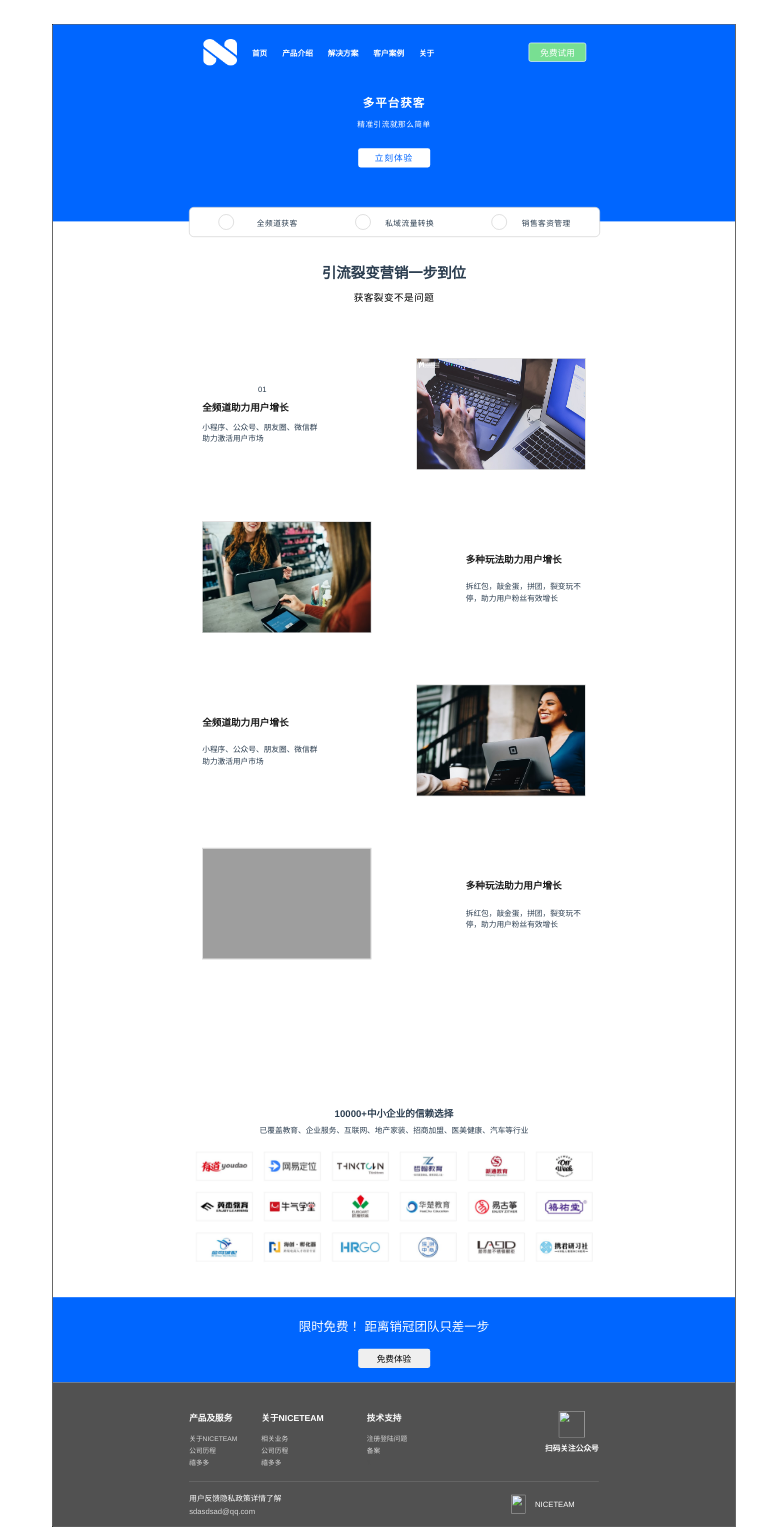
Repository: Alex-2020-0211/xrkj-guanwang
Page: /#/productintroduction (app in src/)
An editor plug-in stored every save of this project. The page is shown before and after the next save, followed by the edit.
The browser window is 1280 px wide. The page is 1300 px wide, so the pictures cover 1300 px, including what lies to the right of the window. The pictures show the whole page, at 60% of full size.
Pictures or frames that could not be fetched are drawn as grey boxes. The project was rebuilt for these pictures with package versions that can differ from the ones it lists, and the page was loaded fresh each time. Also part of the build but not shown: src/src/components/Header.vue, src/src/views/Home.vue.

Above is the page before, as saved 2021-01-07 18:22:03.

### src/public/index.html
<!DOCTYPE html>
<html lang="en">
  <head>
    <meta charset="utf-8">
    <meta http-equiv="X-UA-Compatible" content="IE=edge">
    <meta name="viewport" content="width=device-width,initial-scale=1.0">
    <link rel="icon" href="<%= BASE_URL %>favicon.ico">
    <title><%= htmlWebpackPlugin.options.title %></title>
  </head>
  <body>
    <noscript>
      <strong>We're sorry but <%= htmlWebpackPlugin.options.title %> doesn't work properly without JavaScript enabled. Please enable it to continue.</strong>
    </noscript>
    <div id="app"></div>
    <!-- built files will be auto injected -->
  </body>
  <script>
    (function(){
      var html = document.documentElement;
      function onWindowResize(){
        html.style.fontSize = html.getBoundingClientRect().width / 16 + 'px';
      }
      window.addEventListener('resize',onWindowResize);
      onWindowResize();
    })();
  </script>
</html>

### src/src/main.js
import Vue from 'vue'
import { Image, Carousel, CarouselItem, Popover, Button } from 'element-ui'
import App from './App.vue'
import router from './router'
import store from './store'

import "../src/assets/css/reset.css"

Vue.use( Image )
Vue.use( Carousel )
Vue.use( CarouselItem )
Vue.use( Popover )
Vue.use( Button )

Vue.config.productionTip = false

new Vue({
  router,
  store,
  render: h => h(App)
}).$mount('#app')

### src/src/App.vue
<template>
  <div id="app" v-cloak>
    <router-view />
  </div>
</template>

<style lang="scss">
[v-cloak] {
  display: none !important;
}
html {
  width: 100%;
  height: 100%;
}
body {
  width: 100%;
  height: 100%;
}
#app {
  font-family: Avenir, Helvetica, Arial, sans-serif;
  -webkit-font-smoothing: antialiased;
  -moz-osx-font-smoothing: grayscale;
  text-align: center;
  color: #2c3e50;
  width: 100%;
  height: 100%;
}
</style>

### src/src/router/index.js
import Vue from 'vue'
import VueRouter from 'vue-router'
import Home from '../views/Home.vue'

Vue.use(VueRouter)

const routes = [{
    path: '/',
    name: 'Home',
    component: Home
  },
  {
    path: '/productintroduction',
    name: 'ProductIntroduction',
    component: () => import( /* webpackChunkName: "about" */ '../views/ProductIntroduction.vue')
  },
  {
    path: '/solutions',
    name: 'Solutions',
    component: () => import( /* webpackChunkName: "about" */ '../views/solutions/Solutions.vue'),
  },
  {
    path: '/getcustomer', //以“/”开头的嵌套路径会被当作根路径，所以子路由上不用加“/”;在生成路由时，主路由上的path会被自动添加到子路由之前，所以子路由上的path不用在重新声明主路由上的path了。
    name: 'GetCustomer',
    component: () => import( /* webpackChunkName: "about" */ '../views/solutions/GetCustomer.vue')
  },
  // {
  //   path: '/connect',
  //   name: 'Connect',
  //   component: () => import( /* webpackChunkName: "about" */ '../views/solutions/Connect.vue')
  // },
  {
    path: '/transform',
    name: 'Transform',
    component: () => import( /* webpackChunkName: "about" */ '../views/solutions/Transform.vue')
  },
  {
    path: '/manage',
    name: 'Manage',
    component: () => import( /* webpackChunkName: "about" */ '../views/solutions/Manage.vue')
  },
  {
    path: '/customercase',
    name: 'CustomerCase',
    component: () => import( /* webpackChunkName: "about" */ '../views/CustomerCase.vue')
  },
  {
    path: '/aboutus',
    name: 'AboutUs',
    component: () => import( /* webpackChunkName: "about" */ '../views/AboutUs.vue')
  },
  {
    path: '*',
    name: 'NotFound',
    component: () => import( /* webpackChunkName: "about" */ '../views/NotFound.vue')
  },
]

const router = new VueRouter({
  routes
})

export default router

### src/src/assets/css/reset.css
html {
    overflow-x: auto;
    overflow-y: scroll;
}

body,
dl,
dt,
dd,
ul,
ol,
li,
pre,
form,
fieldset,
input,
p,
blockquote,
th,
td {
    font-weight: 400;
    margin: 0;
    padding: 0;
}

h1,
h2,
h3,
h4,
h4,
h5 {
    margin: 0;
    padding: 0;
}

body {
    background-color: #FFFFFF;
    color: #666666;
    font-family: Helvetica, Arial, sans-serif;
    font-size: 12px;
    padding: 0 10px;
    text-align: left;
}

select {
    font-size: 12px;
}

table {
    border-collapse: collapse;
}

fieldset,
img {
    border: 0 none;
}

fieldset {
    margin: 0;
    padding: 0;
}

fieldset p {
    margin: 0;
    padding: 0 0 0 8px;
}

legend {
    display: none;
}

address,
caption,
em,
strong,
th,
i {
    font-style: normal;
    font-weight: 400;
}

table caption {
    margin-left: -1px;
}

hr {
    border-bottom: 1px solid #FFFFFF;
    border-top: 1px solid #E4E4E4;
    border-width: 1px 0;
    clear: both;
    height: 2px;
    margin: 5px 0;
    overflow: hidden;
}

ol,
ul {
    list-style-image: none;
    list-style-position: outside;
    list-style-type: none;
}

caption,
th {
    text-align: left;
}

q:before,
q:after,
blockquote:before,
blockquote:after {
    content: ””;
}

### src/src/views/ProductIntroduction.vue
<template>
  <div class="productintroduction">
    <div class="border">
      <!-- 头部 -->
      <div class="header">
        <div class="headerTop">
          <p class="bar">
            <img class="logo" src="../assets/img/logo.png" alt />
            <a href="http://localhost:8080/#/">首页</a>
            <a href="http://localhost:8080/#/productintroduction">产品介绍</a>
            <a href="http://localhost:8080/#/solutions">解决方案</a>
            <a href="http://localhost:8080/#/customercase">客户案例</a>
            <a href="http://localhost:8080/#/aboutus">关于</a>
          </p>
          <button class="mianfei">免费试用</button>
        </div>
        <div class="headerMain">
          <div class="theme">
            <dl>
              <dt>多平台获客</dt>
              <dd>精准引流就那么简单</dd>
            </dl>
            <button class="knowMore" @click="goAbout()">立刻体验</button>
          </div>
        </div>
      </div>
      <!-- 导航 -->
      <div class="nav">
        <div class="nav-item">
          <p class="nav-circle"></p>
          <span>全频道获客</span>
        </div>
        <div class="nav-item">
          <p class="nav-circle"></p>
          <span>私域流量转换</span>
        </div>
        <div class="nav-item">
          <p class="nav-circle"></p>
          <span>销售客资管理</span>
        </div>
      </div>
      <!-- OneStop -->
      <div class="oneStop">
        <div class="top">
          <h5>引流裂变营销一步到位</h5>
          <p class="question">
            获客裂变不是问题
          </p>
          <div class="case">
            <dl>
              <span class="sort">01</span>
              <dt>全频道助力用户增长</dt>
              <dd>小程序、公众号、朋友圈、微信群助力激活用户市场</dd>
            </dl>
            <img src="../assets/img/huoke-1.png" />
          </div>
          <div class="case">
            <img src="../assets/img/huoke-2.png" />
            <dl>
              <dt>多种玩法助力用户增长</dt>
              <dd>拆红包，敲金蛋，拼团，裂变玩不停，助力用户粉丝有效增长</dd>
            </dl>
          </div>
          <div class="case">
            <dl>
              <dt>全频道助力用户增长</dt>
              <dd>小程序、公众号、朋友圈、微信群助力激活用户市场</dd>
            </dl>
            <img src="../assets/img/huoke-3.png" />
          </div>
          <div class="case">
            <img src="../assets/img/huoke-4.png" />
            <dl>
              <dt>多种玩法助力用户增长</dt>
              <dd>拆红包，敲金蛋，拼团，裂变玩不停，助力用户粉丝有效增长</dd>
            </dl>
          </div>
        </div>
        <div class="bottom">
          <div class="comer">
            <dl>
              <dt>10000+中小企业的信赖选择</dt>
              <dd>
                已覆盖教育、企业服务、互联网、地产家装、招商加盟、医美健康、汽车等行业
              </dd>
            </dl>
            <img src="../assets/img/comer.png" alt="" />
          </div>
        </div>
      </div>
      <!-- 底部 -->
      <Footer :footerData="footerData" />
    </div>
  </div>
</template>

<script>
// import Header from "../components/Header";
import Footer from "../components/Footer";

export default {
  name: "ProductIntroduction",
  components: {
    // Header,
    Footer,
  },
  data() {
    return {
      url: require("../assets/img/fuli.png"),
      headerData: {
        free: "免费试用",
        title: "管理也能玩出味 ?",
        content: "",
        detail:
          "NICETEAM : 让管理不再沉闷，工作玩味不停，全国上千家中小企业的销售福星",
        immediately: "立即咨询",
        path: "1",
      },
      footerData: {
        title: "限时免费！ 距离销冠团队只差一步",
      },
    };
  },
  methods: {
    goAbout() {
      this.$router.replace("/aboutus");
    },
  },
};
</script>

<style lang="scss" scoped>
.productintroduction {
  font-size: 0.16rem;
  .border {
    width: 88.88%;
    margin-top: 0.5rem;
    margin-left: 6%;
    border: 0.01rem solid #000;
    // 头部
    .header {
      width: 100%;
      height: 4.1rem;
      color: #fff;
      background-color: #06f;
      .headerTop {
        width: 60%;
        margin-left: 21%;
        padding-top: 0.3rem;
        display: flex;
        justify-content: space-between;
        align-items: center;
        .logo {
          width: 0.7rem;
          height: 0.55rem;
        }
        .bar {
          width: 60%;
          font-weight: bold;
          display: flex;
          justify-content: space-around;
          align-items: center;
          a {
            text-decoration: none;
          }
          a:link {
            color: #fff;
          }
          a:visited {
            color: #fff;
          }
        }
        .mianfei {
          width: 1.2rem;
          height: 0.4rem;
          font-size: 0.18rem;
          color: #fff;
          border: 0.01rem solid #fff;
          border-radius: 0.05rem;
          background-color: #78df92;
          margin-right: 0.4rem;
          outline: none;
        }
        .mianfei:active {
          border: 0.01rem solid #06f;
        }
      }
      .headerMain {
        width: 60%;
        height: 2.7rem;
        margin-left: 20%;
        display: flex;
        justify-content: space-around;
        align-items: center;
        dl {
          dt {
            font-size: 0.24rem;
            font-weight: bold;
            text-align: center;
            margin-bottom: 0.15rem;
            letter-spacing: 0.02rem;
          }
          dd {
            font-size: 0.16rem;
            letter-spacing: 0.01rem;
            text-align: left;
            margin-bottom: 0.4rem;
          }
        }
        .knowMore {
          width: 1.5rem;
          height: 0.4rem;
          color: #06f;
          font-size: 0.18rem;
          letter-spacing: 0.02rem;
          background-color: #fff;
          border: 0;
          border-radius: 0.05rem;
        }
      }
    }
    // 导航
    .nav{
      width: 60%;
      margin-left: 20%;
      margin-top: -0.3rem;
      height: 0.6rem;
      display: flex;
      justify-content: space-between;
      align-items: center;
      background-color: #fff;
      border: 0.01rem solid #ccc;
      border-radius: 0.1rem;
      .nav-item{
        width: 20%;
        margin-left: 7%;
        margin-right: 7%;
        display: flex;
        justify-content: space-between;
        align-items: center;
        .nav-circle{
          width: 0.3rem;
          height: 0.3rem;
          border: 0.02rem solid #ccc;
          border-radius: 50%;
        }
        span{
          letter-spacing: 0.01rem;
        }
      }
    }
    // OneStop
    .oneStop {
      .top {
        h5 {
          font-size: 0.3rem;
          display: block;
          padding-top: 0.5rem;
          padding-bottom: 0.15rem;
        }
        .question {
          width: 40%;
          margin-left: 30%;
          color: #000;
          font-size: 0.2rem;
          margin-bottom: 0.6rem;
          letter-spacing: 0.01rem;
        }
        .case {
          width: 70%;
          margin-left: 15%;
          height: 3.4rem;
          display: flex;
          justify-content: space-around;
          align-items: center;
          .sort{

          }
          img {
            width: 3.5rem;
            height: 2.3rem;
            border: 1px solid #ccc;
          }
          dl {
            height: 40%;
            display: flex;
            flex-direction: column;
            justify-content: space-around;
            dt {
              text-align: left;
              font-size: 0.2rem;
              font-weight: bold;
              color: #1b1b1b;
            }
            dd {
              width: 2.5rem;
              text-align: left;
            }
          }
        }
      }
      .bottom {
        margin-top: 2.5rem;
        margin-bottom: 0.5rem;
        .comer {
          margin-top: 0.15rem;
          dl {
            margin-bottom: 0.2rem;
            dt {
              font-size: 0.2rem;
              font-weight: bold;
              margin-bottom: 0.1rem;
            }
          }
          img {
            width: 8.6rem;
          }
        }
      }
    }
  }
}
</style>

### src/src/components/Footer.vue
<template>
  <div class="footer">
    <div class="footerTop">
      <h5>{{ footerData.title }}</h5>
      <button>免费体验</button>
    </div>
    <div class="footerBottom">
      <div class="detail">
        <div class="left">
          <dl>
            <dt>产品及服务</dt>
            <dd>关于NICETEAM</dd>
            <dd>公司历程</dd>
            <dd>禧多多</dd>
          </dl>
          <dl>
            <dt>关于NICETEAM</dt>
            <dd>相关业务</dd>
            <dd>公司历程</dd>
            <dd>禧多多</dd>
          </dl>
          <dl class="jishu">
            <dt>技术支持</dt>
            <dd>注册登陆问题</dd>
            <dd style="margin-bottom: 0.09rem;">备案</dd>
            <dd style="color: #515151">1</dd>
          </dl>
        </div>
        <div class="right">
          <img src="" alt="" />
          <p>扫码关注公众号</p>
        </div>
      </div>
      <p class="line"></p>
      <div class="bottom">
        <dl>
          <dt>
            <span>用户反馈</span><span>隐私政策</span><span>详情了解</span>
          </dt>
          <dd>sdasdsad@qq.com</dd>
        </dl>
        <p><img src="" alt="" /><span>NICETEAM</span></p>
      </div>
    </div>
  </div>
</template>

<script>
export default {
  name: "Footer",
  props: {
    footerData: {
      type: Object,
    },
  },
  data() {
    return {};
  },
  methods: {},
};
</script>

<style scoped lang="scss">
// 底部
.footer {
  height: 4.78rem;
  .footerTop {
    height: 1.78rem;
    background-color: #06f;
    h5 {
      font-size: 0.26rem;
      font-weight: normal;
      color: #fff;
      padding-top: 0.4rem;
      padding-bottom: 0.3rem;
    }
    button {
      // display: flex;
      width: 1.5rem;
      height: 0.4rem;
      line-height: 0.4rem;
      font-size: 0.18rem;
      border: 0;
      border-radius: 0.05rem;
    }
  }
  .footerBottom {
    height: 3rem;
    background-color: #515151;
    color: #fff;
    .detail {
      width: 60%;
      margin-left: 20%;
      padding-top: 0.6rem;
      display: flex;
      justify-content: space-between;
      .left {
        dl {
          display: inline-block;
          margin-right: 0.5rem;
          dt {
            font-weight: bold;
            font-size: 0.18rem;
            text-align: left;
            margin-bottom: 0.2rem;
          }
          dd {
            text-align: left;
            font-size: 0.14rem;
            margin-bottom: 0.05rem;
            color: #d7d7d7;
          }
        }
        .jishu {
          margin-left: 0.4rem;
        }
      }
      .right {
        img {
          width: 0.55rem;
          height: 0.55rem;
        }
        p {
          font-weight: bold;
          margin-top: 0.05rem;
        }
      }
    }
    .line {
      width: 60%;
      margin-left: 20%;
      border-bottom: 0.02rem solid #727272;
      margin-top: 0.25rem;
      margin-bottom: 0.2rem;
    }
    .bottom {
      width: 60%;
      margin-left: 20%;
      display: flex;
      justify-content: space-between;
      dl {
        dt {
          margin-bottom: 0.08rem;
        }
        dd {
          text-align: left;
          color: #d7d7d7;
        }
      }
      p {
        margin-right: 0.5rem;
        display: flex;
        align-items: center;
        img {
          width: 0.3rem;
          height: 0.4rem;
          margin-right: 0.2rem;
        }
      }
    }
  }
}
</style>

Loaded but not shown: src/src/store/index.js (common file)

After the next save:
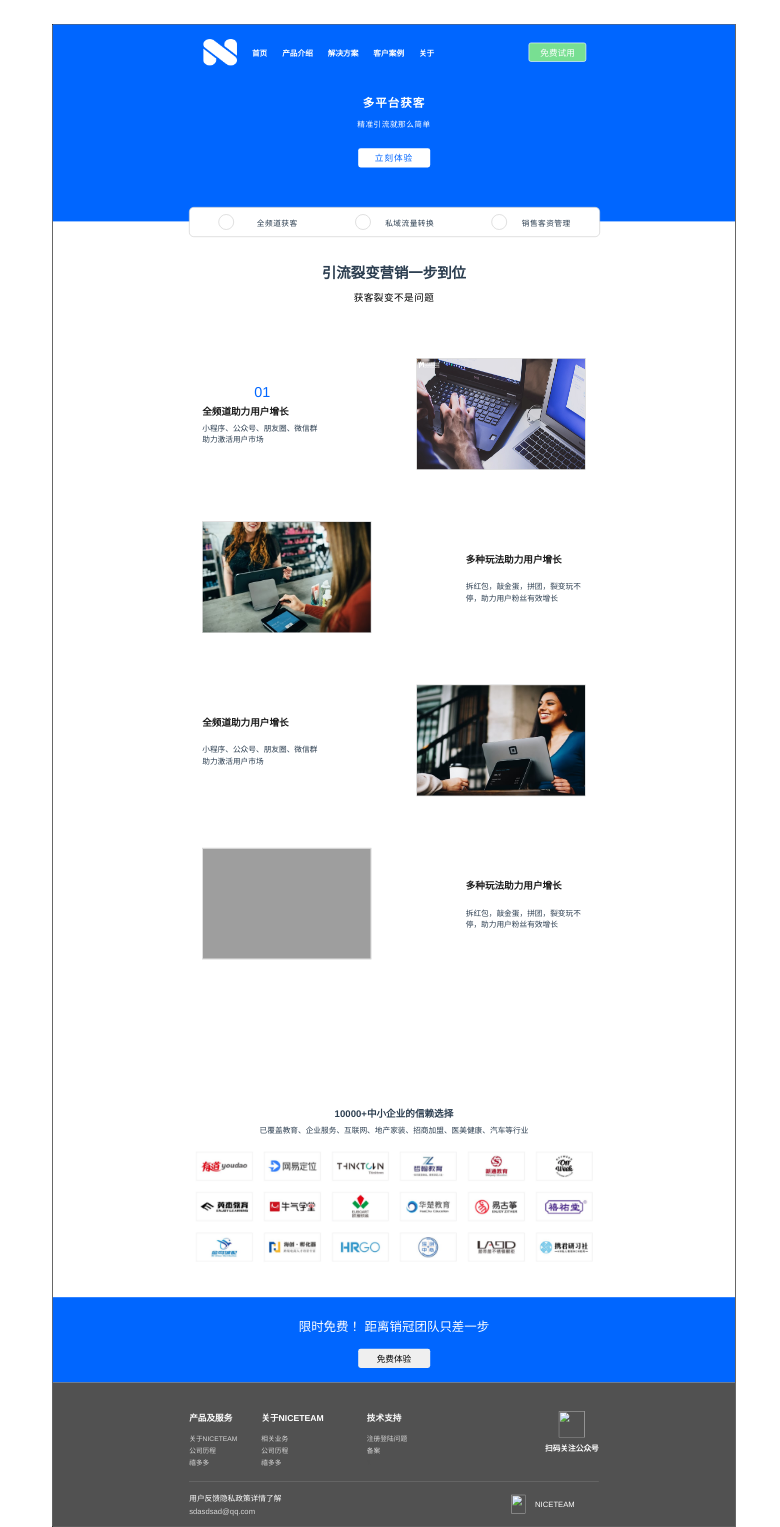
Saved 32 s later.
--- a/src/src/views/ProductIntroduction.vue
+++ b/src/src/views/ProductIntroduction.vue
@@ -274,7 +274,8 @@
           justify-content: space-around;
           align-items: center;
           .sort{
-
+            color: #06f;
+            font-size: 0.3rem;
           }
           img {
             width: 3.5rem;
